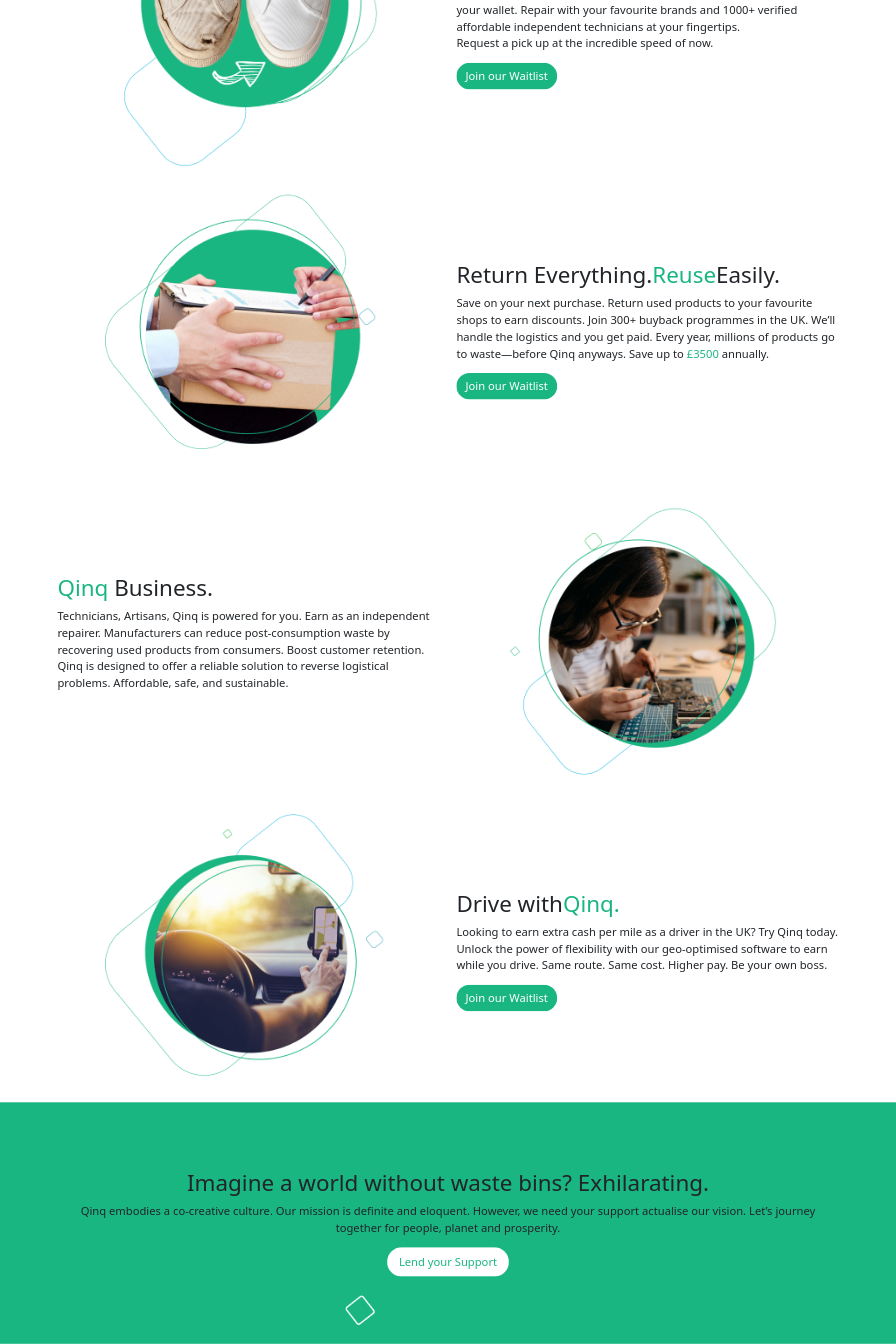
Repository: HelloQinq2023/qinq.github.io
Page: index.html
These files come from the project's save history. The page is drawn as it stood at one moment and after the next save; the edit follows.
The browser window is 1280 px wide. The pictures show the part of the page from y = 764 to 2684 px (the page is 2684 px tall), at 70% of full size.

Above is the page before, as saved 2023-02-22 16:49:59.

After the next save:
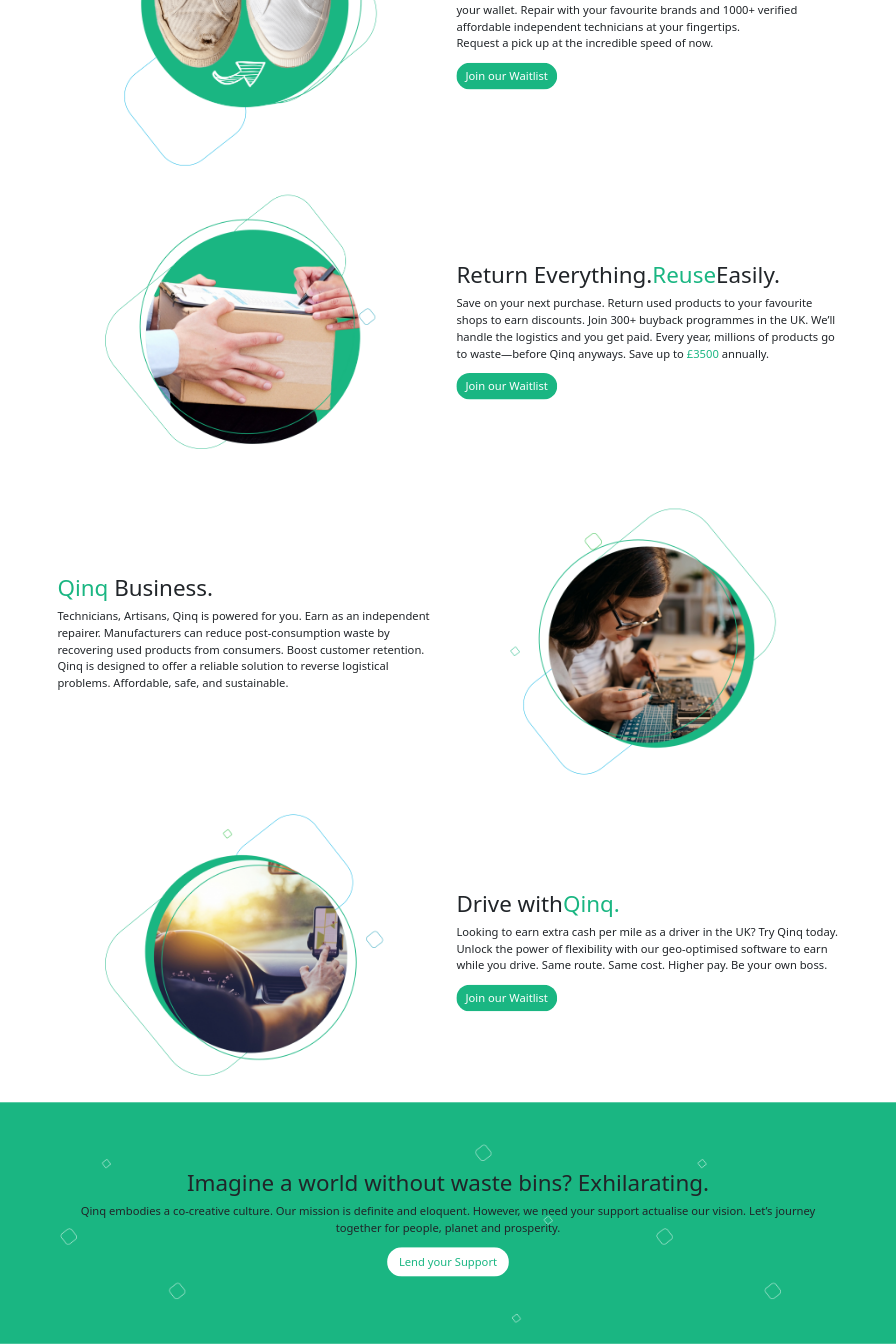
Saved 22 s later.
--- a/index.html
+++ b/index.html
@@ -121,7 +121,7 @@
         </div>
       </section>
 
-      <section id="imagine" class="py-5" style="background-image:url('images/footerbg.png')">
+      <section id="imagine" class="py-5" style="background-image:url('images/footerbg.png'); background-size:contain">
         <div class="container text-center py-5">
             <h2>Imagine a world without waste bins? Exhilarating.</h2>
             <p>Qinq embodies a co-creative culture.
